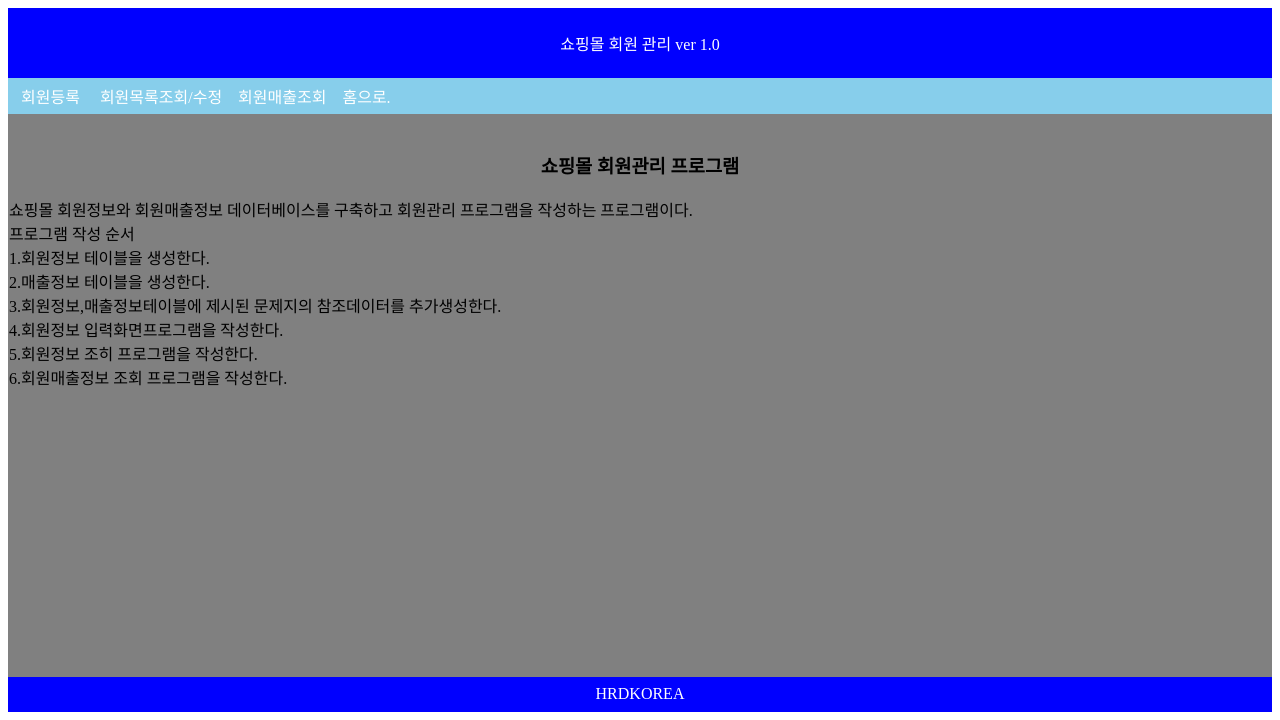
Repository: choigobin/Programming
Page: http://localhost/HRD_1118/
An editor plug-in stored every save of this project. The page is shown before and after the next save, followed by the edit.
The browser window is 1280 px wide. The pictures show the whole page.
The page is served by Tomcat 9.

Above is the page before, as saved 2019-11-18 04:57:53.

### YangJung/workspace/HRD_1118/WebContent/index.jsp
<%@ page language="java" contentType="text/html; charset=UTF-8"
    pageEncoding="UTF-8"%>
<html>
<head>
<style>
table {
	height: 100%; width:100%;
	border-collapse: collapse;
	border: solid 0px;
	}
tr,td{
	border: solid 0px;
	}
a{
	color: white;
	text-decoration: none;
}
</style>
<meta charset="UTF-8">
<title>Insert title here</title>
</head>
<body>
<table>
<jsp:include page="header.jsp"/>
<jsp:include page="nav.jsp"/>
<tr>
<td valign="top" bgcolor="gray">
<br />
<h3 align="center">쇼핑몰 회원관리 프로그램</h3>
쇼핑몰 회원정보와 회원매출정보 데이터베이스를 구축하고 회원관리 프로그램을 작성하는 프로그램이다.<br/>
프로그램 작성 순서<br/>
1.회원정보 테이블을 생성한다.<br/>
2.매출정보 테이블을 생성한다.<br/>
3.회원정보,매출정보테이블에 제시된 문제지의 참조데이터를 추가생성한다.<br/>
4.회원정보 입력화면프로그램을 작성한다.<br/>
5.회원정보 조히 프로그램을 작성한다.<br/>
6.회원매출정보 조회 프로그램을 작성한다.
</td>
</tr>
<jsp:include page="footer.jsp"/>
</table>
</body>
</html>

### YangJung/workspace/HRD_1118/WebContent/header.jsp
<%@ page language="java" contentType="text/html; charset=UTF-8"
    pageEncoding="UTF-8"%>
<tr height="10%">
<td bgcolor="blue" align="center">
<span style="color: white; font-size:'20px';">쇼핑몰 회원 관리 ver 1.0</span>
</td>
</tr>

### YangJung/workspace/HRD_1118/WebContent/nav.jsp
<%@ page language="java" contentType="text/html; charset=UTF-8"
    pageEncoding="UTF-8"%>
<tr height="5%">
<td bgcolor="skyblue" align="left">
<span style="color: white;">&nbsp&nbsp
	<a href="insert.jsp">회원등록</a> &nbsp&nbsp&nbsp
	<a href="#">회원목록조회/수정</a>&nbsp&nbsp&nbsp
	<a href="#">회원매출조회</a>&nbsp&nbsp&nbsp
	<a href="index.jsp">홈으로.</a>&nbsp&nbsp&nbsp
</span>
</td>
</tr>

### YangJung/workspace/HRD_1118/WebContent/footer.jsp
<%@ page language="java" contentType="text/html; charset=UTF-8"
    pageEncoding="UTF-8"%>
<tr height="5%">
<td bgcolor="blue" align="center">
<span style="color: white;">HRDKOREA</span>
</td>
</tr>

After the next save:
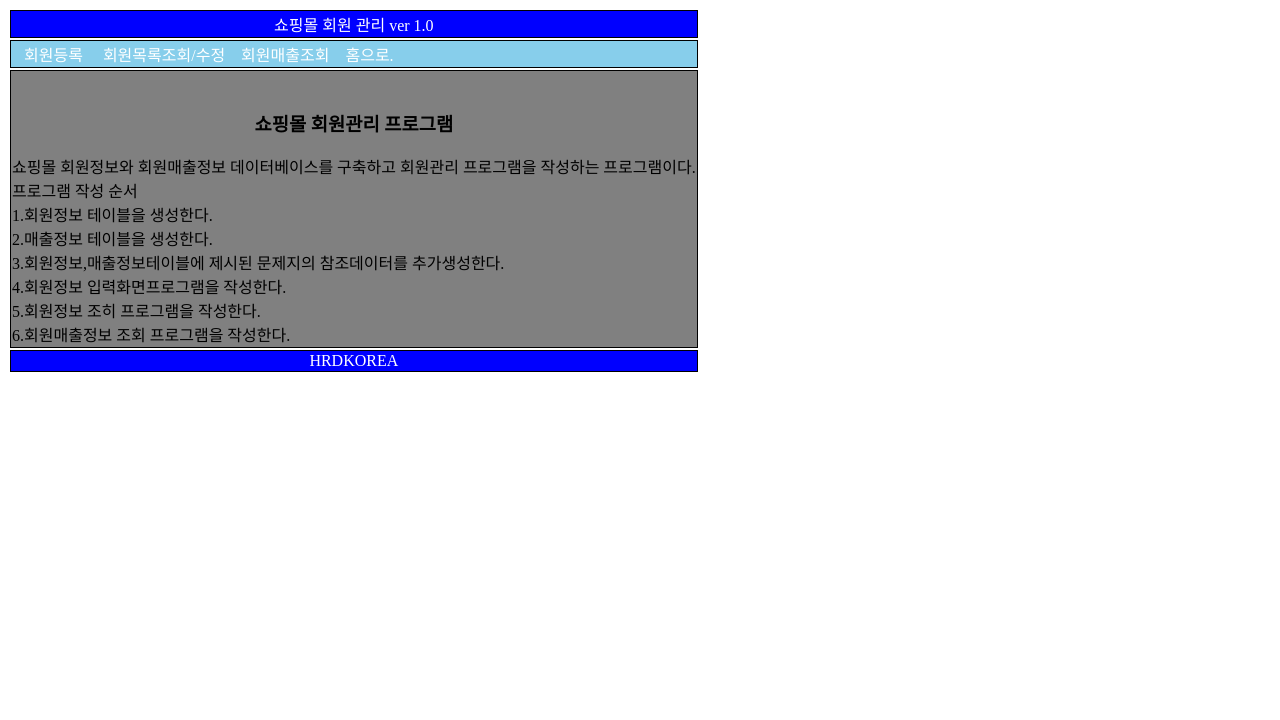
Saved 18 min 12 s later.
--- a/YangJung/workspace/HRD_1118/WebContent/index.jsp
+++ b/YangJung/workspace/HRD_1118/WebContent/index.jsp
@@ -3,13 +3,21 @@
 <html>
 <head>
 <style>
-table {
+#tb1{
 	height: 100%; width:100%;
 	border-collapse: collapse;
 	border: solid 0px;
 	}
+#t1{
+	border: solid 0px;
+	}
 tr,td{
-	border: solid 0px;
+	border: solid black 1px;
+	}
+#tb2{
+	width:75%;
+	border-collapse: separate;
+	border: solid black 1px;
 	}
 a{
 	color: white;

After the save that followed:
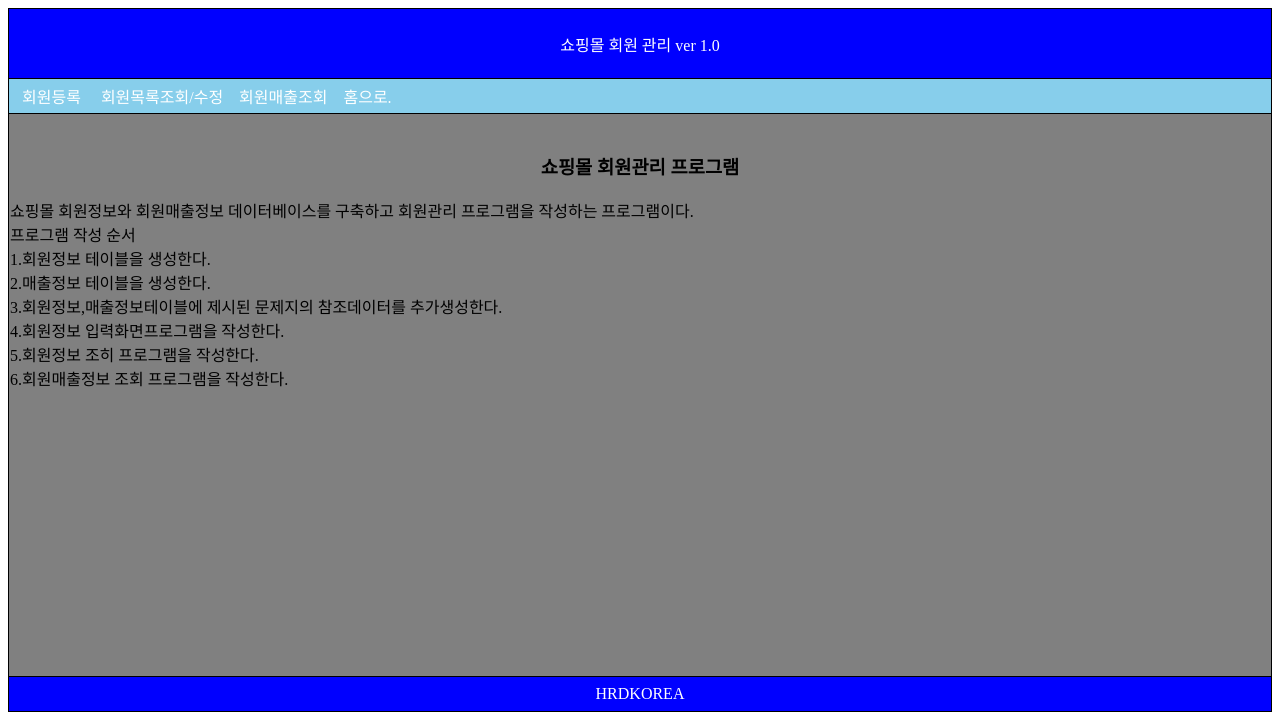
Saved 30 s later.
--- a/YangJung/workspace/HRD_1118/WebContent/index.jsp
+++ b/YangJung/workspace/HRD_1118/WebContent/index.jsp
@@ -28,7 +28,7 @@
 <title>Insert title here</title>
 </head>
 <body>
-<table>
+<table id="tb1">
 <jsp:include page="header.jsp"/>
 <jsp:include page="nav.jsp"/>
 <tr>
